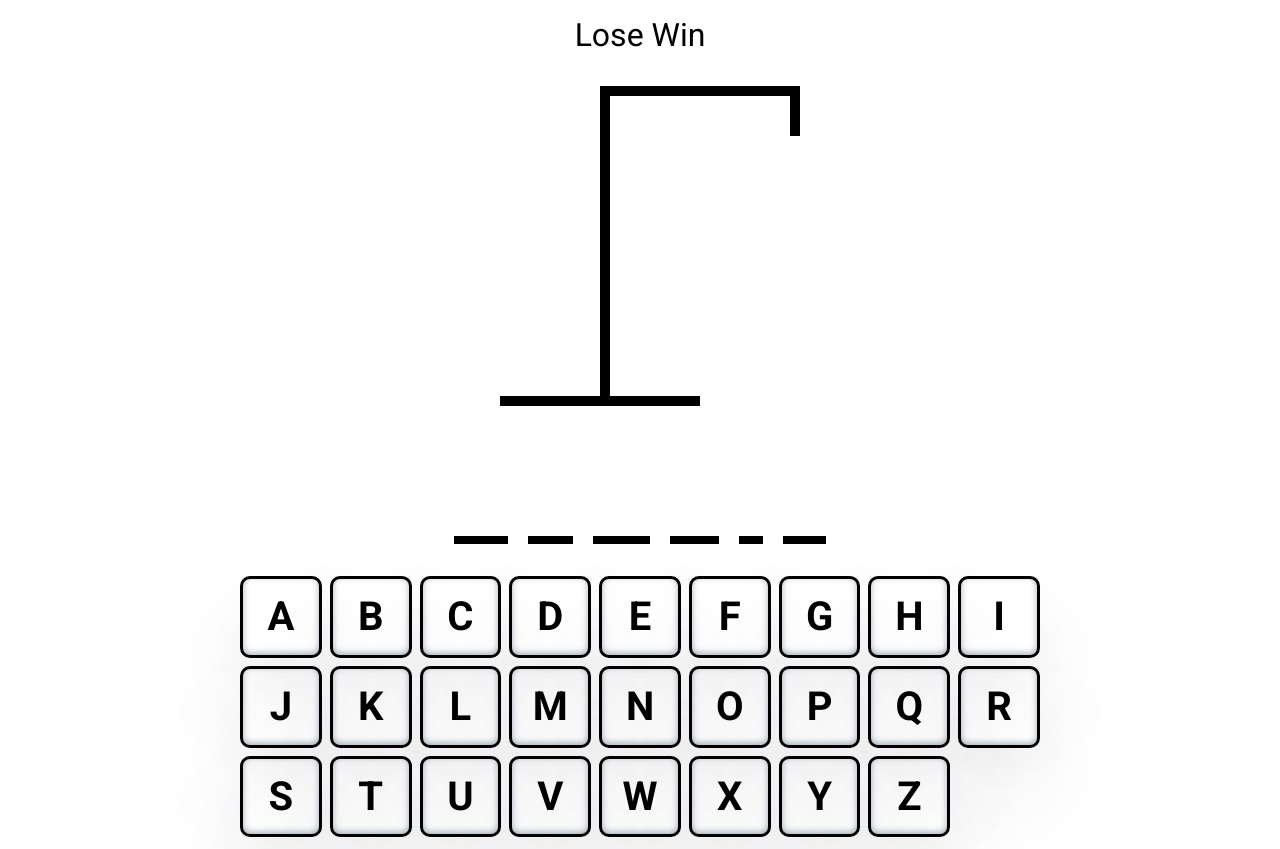
Repository: guilhermecardoso93/jogodaforca
Page: /
The author's editor kept a copy of each file at every save. The page is drawn from the files as they stood at one save, then again after a run of saves.
The browser window is 1280 px wide. The pictures show the whole page.
The project was rebuilt for these pictures with package versions that can differ from the ones it lists, and the page was loaded fresh each time. Also part of the build but not shown: vite.config.ts.

Above is the page before, as saved 2022-12-06 22:16:06.

After the next 2 saves:
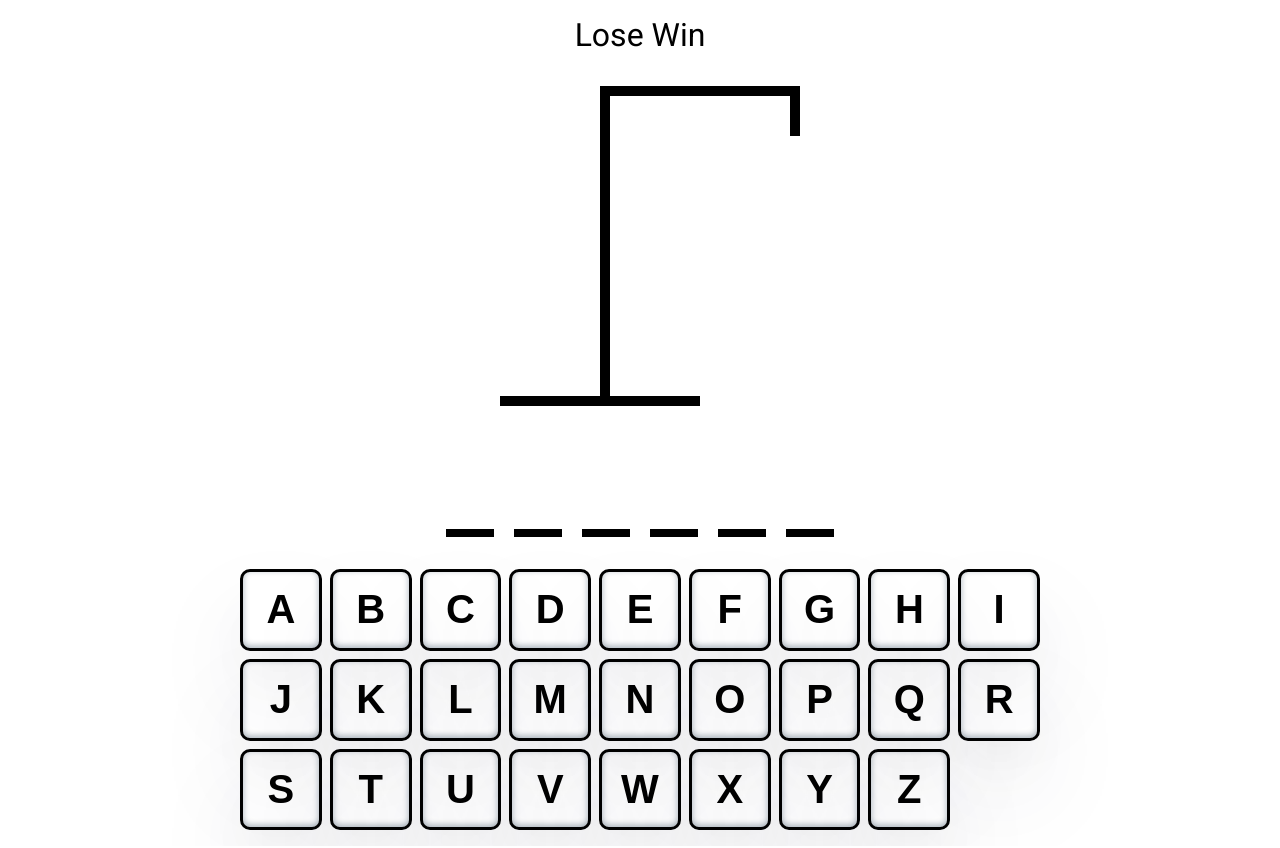
The 2 saves are shown as one change because they came seconds apart.
The last was saved 13 s later.
--- a/src/App.css
+++ b/src/App.css
@@ -2,7 +2,6 @@
   margin: 0;
   passing: 0;
   box-sizing: border-box;
-  font-family: "Roboto", sans-serif;
 }
 
 body {
@@ -17,6 +16,7 @@ body {
   margin: 0 auto;
   align-items: center;
   justify-content: center;
+  font-family: "Roboto", sans-serif;
 }
 
 .loseOrWin {
